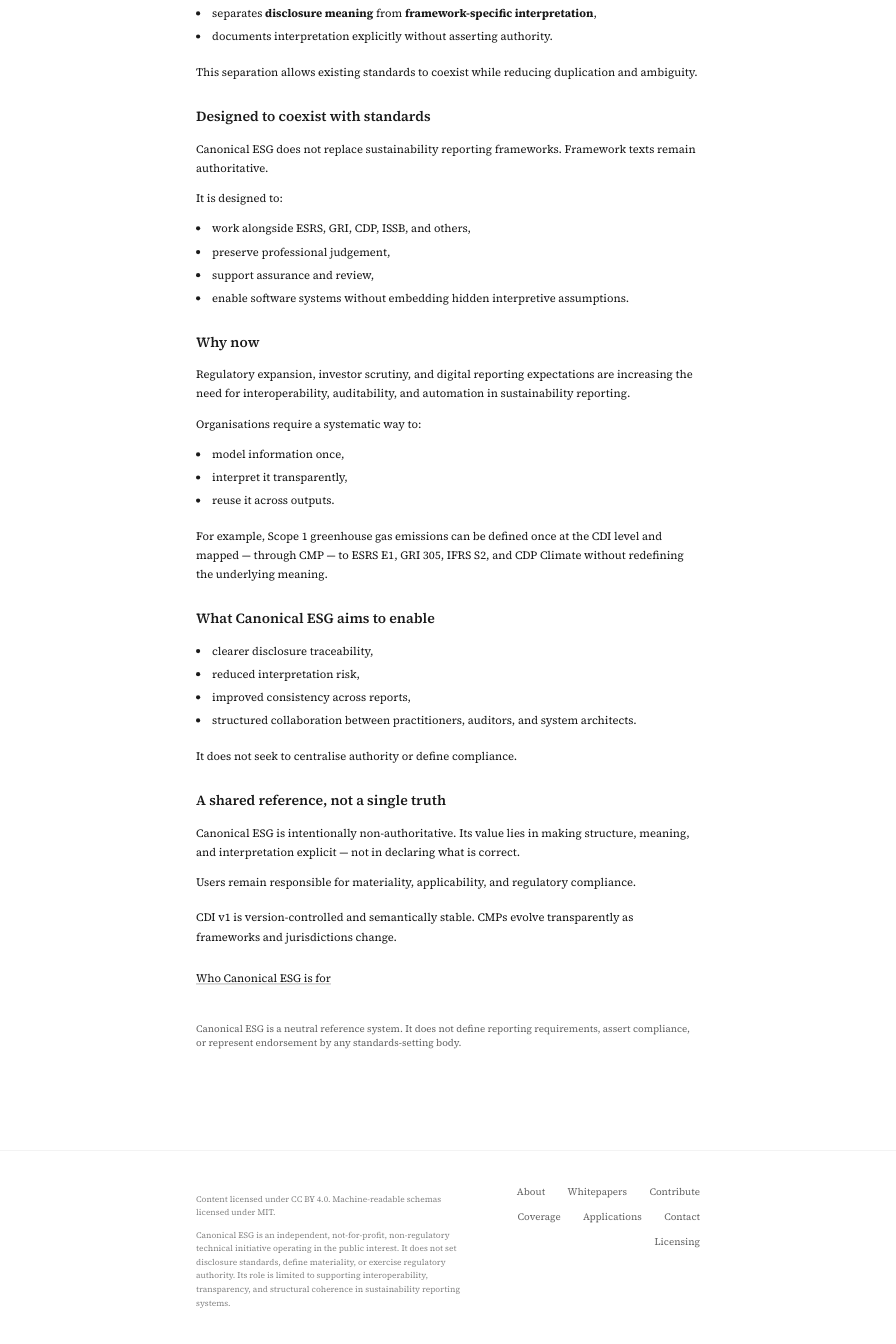
Repository: udaysxd/canonicalesg
Page: /
These files come from the project's save history. The page is drawn as it stood at one moment and after the next save; the edit follows.
The browser window is 1280 px wide. The pictures show the part of the page from y = 1913 to 3833 px (the page is 3833 px tall), at 70% of full size.
The project was rebuilt for these pictures with package versions that can differ from the ones it lists, and the page was loaded fresh each time. The framework's server and built-in components were replaced by stand-ins that run in the browser. Also part of the build but not shown: next.config.ts.

Above is the page before, as saved 2026-02-11 13:17:11.

After the next save:
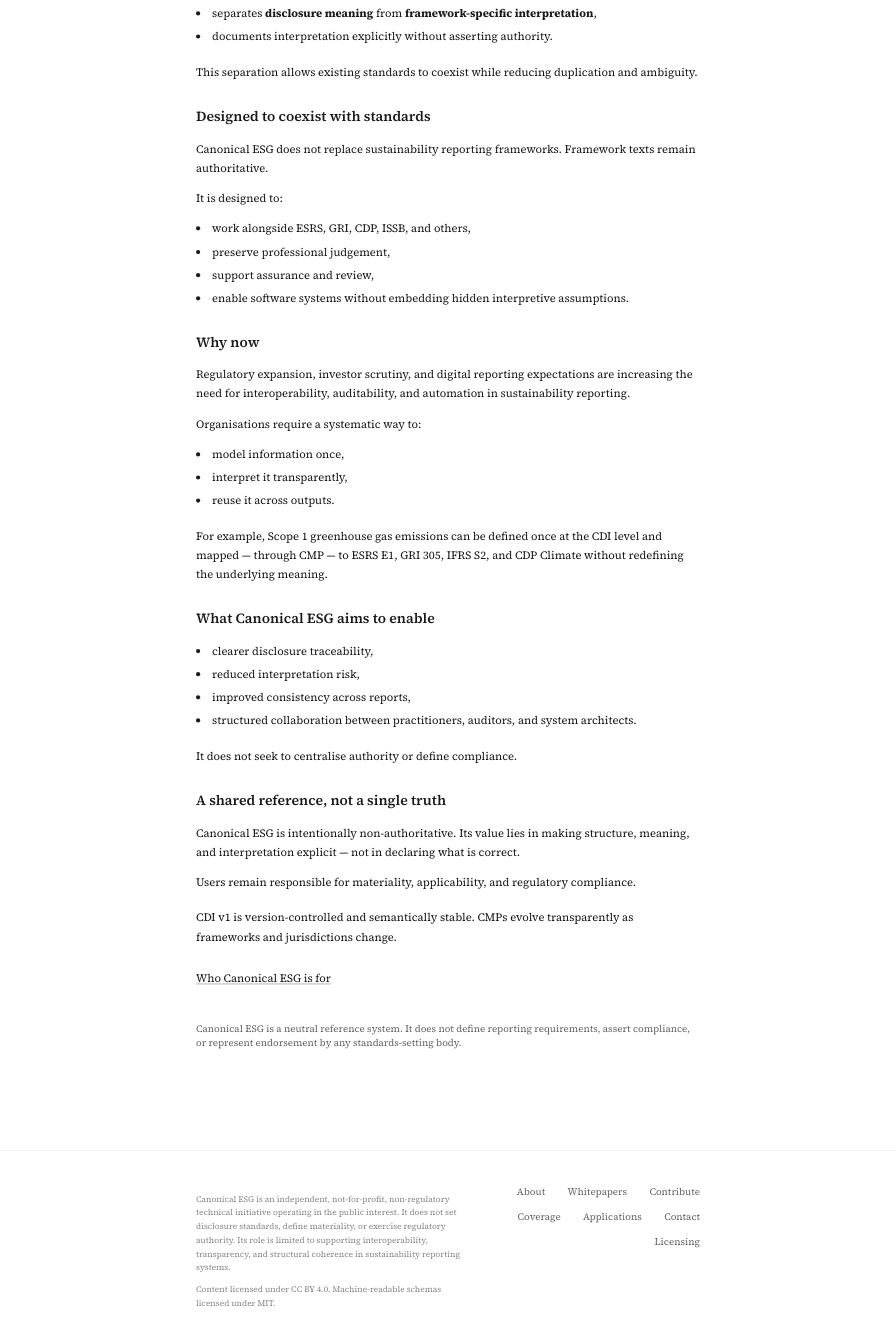
Saved 36 s later.
--- a/src/app/layout.tsx
+++ b/src/app/layout.tsx
@@ -100,8 +100,8 @@
           <div className="max-w-3xl mx-auto px-6 py-12">
             <div className="flex flex-col lg:flex-row justify-between items-start gap-10">
               <div className="max-w-sm">
+                <p className="text-xs text-[#888] mt-3 leading-relaxed">Canonical ESG is an independent, not-for-profit, non-regulatory technical initiative operating in the public interest. It does not set disclosure standards, define materiality, or exercise regulatory authority. Its role is limited to supporting interoperability, transparency, and structural coherence in sustainability reporting systems.</p>
                 <p className="text-xs text-[#888] mt-3 leading-relaxed">Content licensed under CC BY 4.0. Machine-readable schemas licensed under MIT.</p>
-                <p className="text-xs text-[#888] mt-3 leading-relaxed">Canonical ESG is an independent, not-for-profit, non-regulatory technical initiative operating in the public interest. It does not set disclosure standards, define materiality, or exercise regulatory authority. Its role is limited to supporting interoperability, transparency, and structural coherence in sustainability reporting systems.</p>
               </div>
               <ul className="flex flex-wrap gap-x-8 gap-y-4 text-sm lg:justify-end">
                 <li><a href="/about" className="text-[#666] hover:text-[#1a1a1a] hover:underline">About</a></li>
